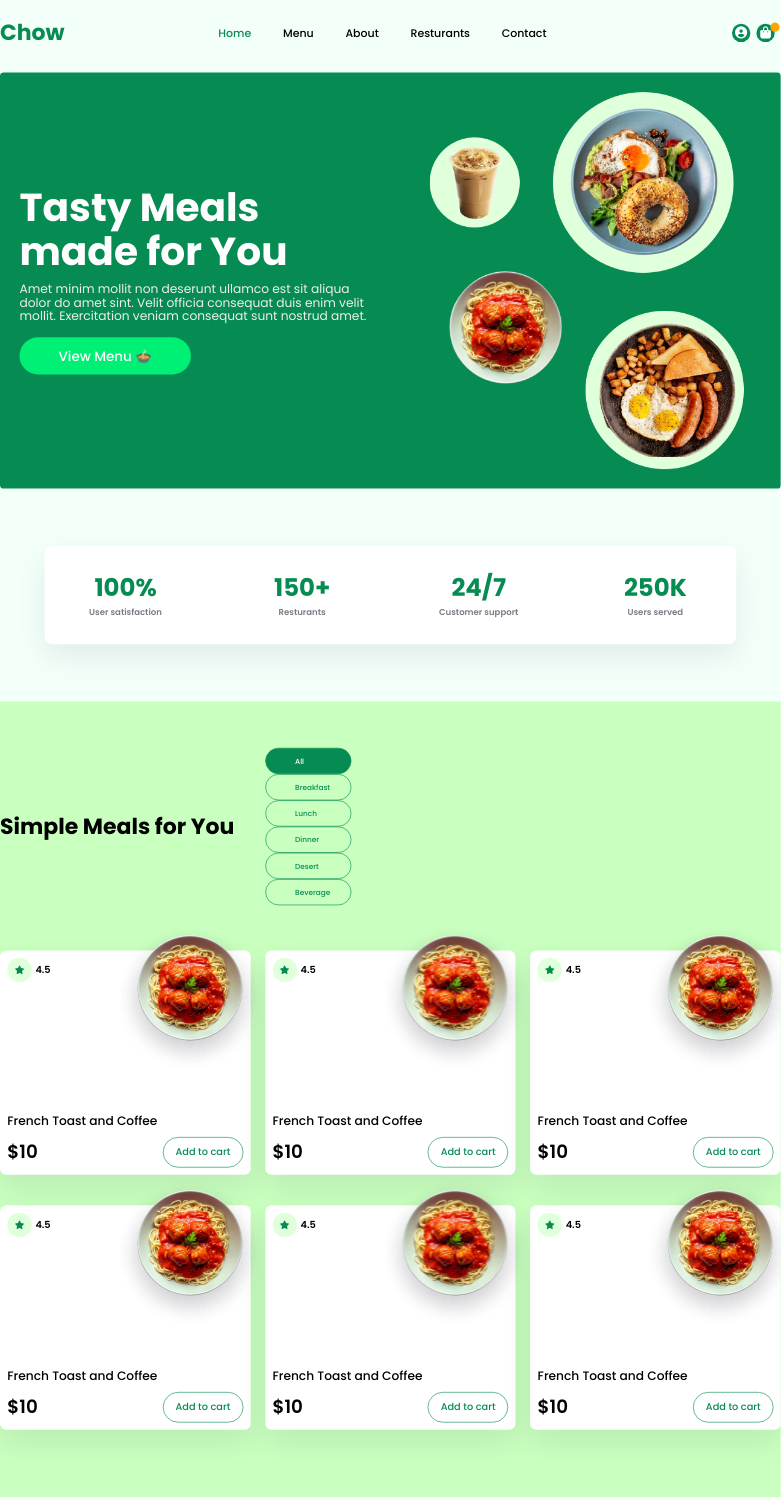
Repository: nguyennam1029/balbal
Page: index.html
An editor plug-in stored every save of this project. The page is shown before and after the next save, followed by the edit.
The browser window is 1280 px wide. The pictures show the whole page, at 61% of full size.
Some web libraries are served in a nearby version.

Above is the page before, as saved 2022-07-06 17:24:01.

### index.html
<!DOCTYPE html>
<html lang="en">
  <head>
    <meta charset="UTF-8" />
    <meta http-equiv="X-UA-Compatible" content="IE=edge" />
    <meta name="viewport" content="width=device-width, initial-scale=1.0" />
    <title>Chow</title>
    <link
      rel="stylesheet"
      href="https://cdnjs.cloudflare.com/ajax/libs/font-awesome/6.1.1/css/all.min.css"
      integrity="sha512-KfkfwYDsLkIlwQp6LFnl8zNdLGxu9YAA1QvwINks4PhcElQSvqcyVLLD9aMhXd13uQjoXtEKNosOWaZqXgel0g=="
      crossorigin="anonymous"
      referrerpolicy="no-referrer"
    />
    <link rel="stylesheet" href="css/grid.css" />
    <link rel="stylesheet" href="css/style.css" />
  </head>
  <body>
    <div class="app">
      <div class="grid wide">
        <div class="menu">
          <a href="#" class="menu-left">Chow</a>
          <ul class="menu-center">
            <li class="menu-center-item">
              <a href="#" class="menu-center--link active">Home</a>
            </li>
            <li class="menu-center-item">
              <a href="#" class="menu-center--link">Menu</a>
            </li>
            <li class="menu-center-item">
              <a href="#" class="menu-center--link">About</a>
            </li>
            <li class="menu-center-item">
              <a href="#" class="menu-center--link">Resturants</a>
            </li>
            <li class="menu-center-item">
              <a href="#" class="menu-center--link">Contact</a>
            </li>
          </ul>
          <ul class="menu-right">
            <li class="menu-right-item">
              <a href="#" class="menu-right--link">
                <i class="fa-solid fa-circle-user"></i>
              </a>
            </li>
            <li class="menu-right-item">
              <a href="#" class="menu-right--link active">
                <i class="fa-solid fa-bag-shopping"></i>
                <span class="menu-right--circle"></span>
              </a>
            </li>
          </ul>
        </div>
        <div class="banner">
          <div class="row">
            <div class="col l-6 m-12 c-12">
              <div class="banner-info">
                <h1 class="banner-title">Tasty Meals made for You</h1>
                <span class="banner-des"
                  >Amet minim mollit non deserunt ullamco est sit aliqua dolor
                  do amet sint. Velit officia consequat duis enim velit mollit.
                  Exercitation veniam consequat sunt nostrud amet.</span
                >
                <a href="#" class="banner-btn"> View Menu 🍲 </a>
              </div>
            </div>
            <div class="col l-6 m-12 c-12">
              <div class="banner-img">
                <img src="images/banner1.png" alt="" />
              </div>
            </div>
          </div>
        </div>
        <div class="statistical">
          <div class="row">
            <div class="col l-3 m-6 c-12">
              <div class="statistical-item">
                <h3 class="statistical-item--title">100%</h3>
                <span class="statistical-item--des">User satisfaction</span>
              </div>
            </div>
            <div class="col l-3 m-6 c-12">
              <div class="statistical-item">
                <h3 class="statistical-item--title">150+</h3>
                <span class="statistical-item--des">Resturants</span>
              </div>
            </div>
            <div class="col l-3 m-6 c-12">
              <div class="statistical-item">
                <h3 class="statistical-item--title">24/7</h3>
                <span class="statistical-item--des">Customer support</span>
              </div>
            </div>
            <div class="col l-3 m-6 c-12">
              <div class="statistical-item">
                <h3 class="statistical-item--title">250K</h3>
                <span class="statistical-item--des">Users served</span>
              </div>
            </div>
          </div>
        </div>
      </div>
      <div class="product">
        <div class="grid wide">
          <div class="product-top row">
            <div class="col l-4 m-12 c-12">
              <h3 class="product-heading">Simple Meals for You</h3>
            </div>
            <!-- <div class="col l-8 m-12 c-12"> -->
            <ul class="tab-list col l-8 m-12 c-12">
              <li class="tab-item active l-2 m-3 c-4">All</li>
              <li class="tab-item l-2 m-3 c-4">Breakfast</li>
              <li class="tab-item l-2 m-3 c-4">Lunch</li>
              <li class="tab-item l-2 m-3 c-4">Dinner</li>
              <li class="tab-item l-2 m-3 c-4">Desert</li>
              <li class="tab-item l-2 m-3 c-4">Beverage</li>
            </ul>
            <!-- </div> -->
          </div>
          <div class="product-list">
            <div class="row">
              <div class="col l-4 m-6 c-12">
                <div class="product-item">
                  <img
                    class="product-item--img"
                    src="images/product1.png"
                    alt=""
                  />
                  <div class="product-item--rating">
                    <i class="fa-solid fa-star"></i>
                    <span>4.5</span>
                  </div>
                  <div class="product-item--content">
                    <h4 class="product-item--name">French Toast and Coffee</h4>
                    <div class="product-item--footer">
                      <span class="product-item--price">$10</span>
                      <a href="#" class="product-item--btn">Add to cart</a>
                    </div>
                  </div>
                </div>
              </div>

              <div class="col l-4 m-6 c-12">
                <div class="product-item">
                  <img
                    class="product-item--img"
                    src="images/product1.png"
                    alt=""
                  />
                  <div class="product-item--rating">
                    <i class="fa-solid fa-star"></i>
                    <span>4.5</span>
                  </div>
                  <div class="product-item--content">
                    <h4 class="product-item--name">French Toast and Coffee</h4>
                    <div class="product-item--footer">
                      <span class="product-item--price">$10</span>
                      <a href="#" class="product-item--btn">Add to cart</a>
                    </div>
                  </div>
                </div>
              </div>

              <div class="col l-4 m-6 c-12">
                <div class="product-item">
                  <img
                    class="product-item--img"
                    src="images/product1.png"
                    alt=""
                  />
                  <div class="product-item--rating">
                    <i class="fa-solid fa-star"></i>
                    <span>4.5</span>
                  </div>
                  <div class="product-item--content">
                    <h4 class="product-item--name">French Toast and Coffee</h4>
                    <div class="product-item--footer">
                      <span class="product-item--price">$10</span>
                      <a href="#" class="product-item--btn">Add to cart</a>
                    </div>
                  </div>
                </div>
              </div>

              <div class="col l-4 m-6 c-12">
                <div class="product-item">
                  <img
                    class="product-item--img"
                    src="images/product1.png"
                    alt=""
                  />
                  <div class="product-item--rating">
                    <i class="fa-solid fa-star"></i>
                    <span>4.5</span>
                  </div>
                  <div class="product-item--content">
                    <h4 class="product-item--name">French Toast and Coffee</h4>
                    <div class="product-item--footer">
                      <span class="product-item--price">$10</span>
                      <a href="#" class="product-item--btn">Add to cart</a>
                    </div>
                  </div>
                </div>
              </div>

              <div class="col l-4 m-6 c-12">
                <div class="product-item">
                  <img
                    class="product-item--img"
                    src="images/product1.png"
                    alt=""
                  />
                  <div class="product-item--rating">
                    <i class="fa-solid fa-star"></i>
                    <span>4.5</span>
                  </div>
                  <div class="product-item--content">
                    <h4 class="product-item--name">French Toast and Coffee</h4>
                    <div class="product-item--footer">
                      <span class="product-item--price">$10</span>
                      <a href="#" class="product-item--btn">Add to cart</a>
                    </div>
                  </div>
                </div>
              </div>

              <div class="col l-4 m-6 c-12">
                <div class="product-item">
                  <img
                    class="product-item--img"
                    src="images/product1.png"
                    alt=""
                  />
                  <div class="product-item--rating">
                    <i class="fa-solid fa-star"></i>
                    <span>4.5</span>
                  </div>
                  <div class="product-item--content">
                    <h4 class="product-item--name">French Toast and Coffee</h4>
                    <div class="product-item--footer">
                      <span class="product-item--price">$10</span>
                      <a href="#" class="product-item--btn">Add to cart</a>
                    </div>
                  </div>
                </div>
              </div>
            </div>
          </div>
        </div>
      </div>
    </div>
  </body>
</html>

### css/style.css
@import url('https://fonts.googleapis.com/css2?family=Poppins:wght@400;500;600;700&display=swap');

*,
*::before,
*::after {
    box-sizing: border-box;
}

* {
    margin : 0;
    padding: 0;
}

html {
    font-family: 'Poppins',
        sans-serif;
    font-size: 62.5%;
}

html,
body {
    height: 100%;
}

body {
    line-height: 1.5;
}

img,
picture,
video,
canvas,
svg {
    display  : block;
    max-width: 100%;
}

input,
button,
textarea,
select {
    font   : inherit;
    outline: none;
}

p,
h1,
h2,
h3,
h4,
h5,
h6 {
    overflow-wrap: break-word;
}

a {
    text-decoration: none;
}

ul {
    list-style: none;
}

.app {
    background-color: #f3fff9;
    padding-top     : 34px;
    overflow-x      : hidden;
}

.menu {
    display        : flex;
    justify-content: space-between;
    align-items    : center;
    margin         : 0 0 45px;
}

.menu-left {
    font-weight: 700;
    font-size  : 3.6rem;
    line-height: 40px;

    color: #068C52;
}

.menu-center,
.menu-right {
    display        : flex;
    justify-content: center;
    align-items    : center;
}

.menu-center--link {
    margin-right: 52px;
    font-weight : 500;
    font-size   : 1.8rem;
    line-height : 27px;
    color       : #000000;
}

.menu-center--link.active {
    color: #068C52;
}

.menu-right--link {
    margin-right         : 10px;
    display              : flex;
    justify-content      : center;
    align-items          : center;
    width                : 30px;
    height               : 30px;
    border-radius        : 50%;
    -webkit-border-radius: 50%;
    -moz-border-radius   : 50%;
    -ms-border-radius    : 50%;
    -o-border-radius     : 50%;
    background-color     : #068C52;
}

.menu-right--link i {
    color    : #fff;
    font-size: 2rem;
}

.menu-right--link.active {
    position: relative;
}

.menu-right--circle {
    position             : absolute;
    top                  : -2px;
    right                : -8px;
    width                : 15px;
    height               : 15px;
    background           : #FFA500;
    border-radius        : 50%;
    -webkit-border-radius: 50%;
    -moz-border-radius   : 50%;
    -ms-border-radius    : 50%;
    -o-border-radius     : 50%;
}

.banner {
    background-color     : #068C52;
    border-radius        : 6px;
    -webkit-border-radius: 6px;
    -moz-border-radius   : 6px;
    -ms-border-radius    : 6px;
    -o-border-radius     : 6px;
    padding              : 32px;
}

.banner-info {
    display           : flex;
    justify-content   : center;
    /* align-items    : center; */
    flex-direction    : column;
    height            : 100%;
}

.banner-title {
    font-weight: 700;
    font-size  : 6.4rem;
    line-height: 72px;

    color: #FFFFFF;
}

.banner-des {
    font-weight: 400;
    font-size  : 2rem;
    line-height: 22px;
    display    : block;
    color      : #EFEFEF;
    margin     : 14px 0 24px;
}

.banner-btn {
    font-weight          : 500;
    font-size            : 2.2rem;
    line-height          : 33px;
    padding              : 14px 64px;
    /*Primary/White*/
    color                : #FFFFFF;
    background           : #00F076;
    border-radius        : 32px;
    -webkit-border-radius: 32px;
    -moz-border-radius   : 32px;
    -ms-border-radius    : 32px;
    -o-border-radius     : 32px;
    width                : fit-content;
}

.statistical {
    max-width    : 1134px;
    margin       : 94px auto;
    /* border    : 1px solid; */
    background   : #FFFFFF;
    /* Drop Shadow/High */
    padding      : 40px 0;
    box-shadow   : 0px 20px 50px rgba(18, 17, 39, 0.08);
    border-radius: 12px;
    text-align   : center;
}

.statistical-item--title {
    font-weight: 700;
    font-size  : 4rem;
    line-height: 140%;
    /* identical to box height, or 56px */

    text-align: center;

    color: #068C52;
}

.statistical-item--des {
    font-weight: 600;
    font-size  : 1.4rem;
    line-height: 180%;
    color      : rgba(18, 17, 39, 0.56);
}

.product {
    background-color: #c9ffbf;
    padding         : 76px 0 46px;
}

.product-top {
    display        : flex;
    justify-content: space-between;
    align-items    : center;
}

.product-heading {
    font-weight: 700;
    font-size  : 3.6rem;
    line-height: 40px;

    color: #000000;
}

.tab-list {
    /* display        : flex;
    justify-content: center;
    align-items    : center; */

}

.tab-item {
    padding           : 10px 48px;
    border            : 1px solid #068C52;
    border-radius     : 40px;
    display           : block;
    margin-right      : 10px;
    cursor            : pointer;
    transition        : .25s ease-in;
    -webkit-transition: .25s ease-in;
    -moz-transition   : .25s ease-in;
    -ms-transition    : .25s ease-in;
    -o-transition     : .25s ease-in;
    font-weight       : 500;
    font-size         : 1.2rem;
    line-height       : 21px;
    /* identical to box height, or 167% */


    color: #068C52;
}

.tab-item.active {
    background: #068C52;
    cursor    : default;
    color     : #fff;
}

.tab-item:hover {
    background: #068c5290;
    color     : rgb(242, 239, 239);
}

.product-list {
    margin: 24px 0 64px;
}

.product-item {
    background     : #FFFFFF;
    box-shadow     : 0px 20px 50px rgba(18, 17, 39, 0.08);
    border-radius  : 10px;
    min-height     : 368px;
    padding        : 12px;
    display        : flex;
    justify-content: space-between;

    flex-direction: column;
    position      : relative;
    margin-top    : 50px;
}

.product-item--img {
    position: absolute;
    top     : -86px;
    right   : -105px;
}

.product-item--rating {
    display           : flex;
    /* justify-content: center; */
    align-items       : center;
}

.product-item--rating i {
    width                : 40px;
    height               : 40px;
    font-size            : 1.4rem;
    border-radius        : 50%;
    color                : #068C52;
    background-color     : #E0FFDB;
    -webkit-border-radius: 50%;
    -moz-border-radius   : 50%;
    -ms-border-radius    : 50%;
    -o-border-radius     : 50%;
    display              : flex;
    justify-content      : center;
    align-items          : center;
}

.product-item--rating span {
    margin-left: 6px;
    font-weight: 600;
    font-size  : 1.6rem;
    line-height: 24px;
    /* identical to box height */


    color: #000000;
}

.product-item--name {
    font-weight: 500;
    font-size  : 2rem;
    line-height: 30px;
    /* identical to box height */

    font-feature-settings: 'liga'off;

    color        : #000000;
    margin-bottom: 12px;
}

.product-item--price {
    font-weight: 600;
    font-size  : 3rem;
    line-height: 45px;
    /* identical to box height */

    font-feature-settings: 'liga'off;

    color: #000000;
}

.product-item--footer {
    display        : flex;
    justify-content: space-between;
    align-items    : center;
    margin-bottom  : auto;
    z-index        : 3;
}

.product-item--btn {
    font-weight: 500;
    font-size  : 16px;
    line-height: 24px;
    /* identical to box height, or 150% */
    cursor     : pointer;

    color        : #068C52;
    padding      : 12px 20px;
    background   : #FFFFFF;
    border       : 1px solid #068C52;
    border-radius: 100px;
}

Loaded but not shown: css/grid.css (592 lines, source omitted)

After the next save:
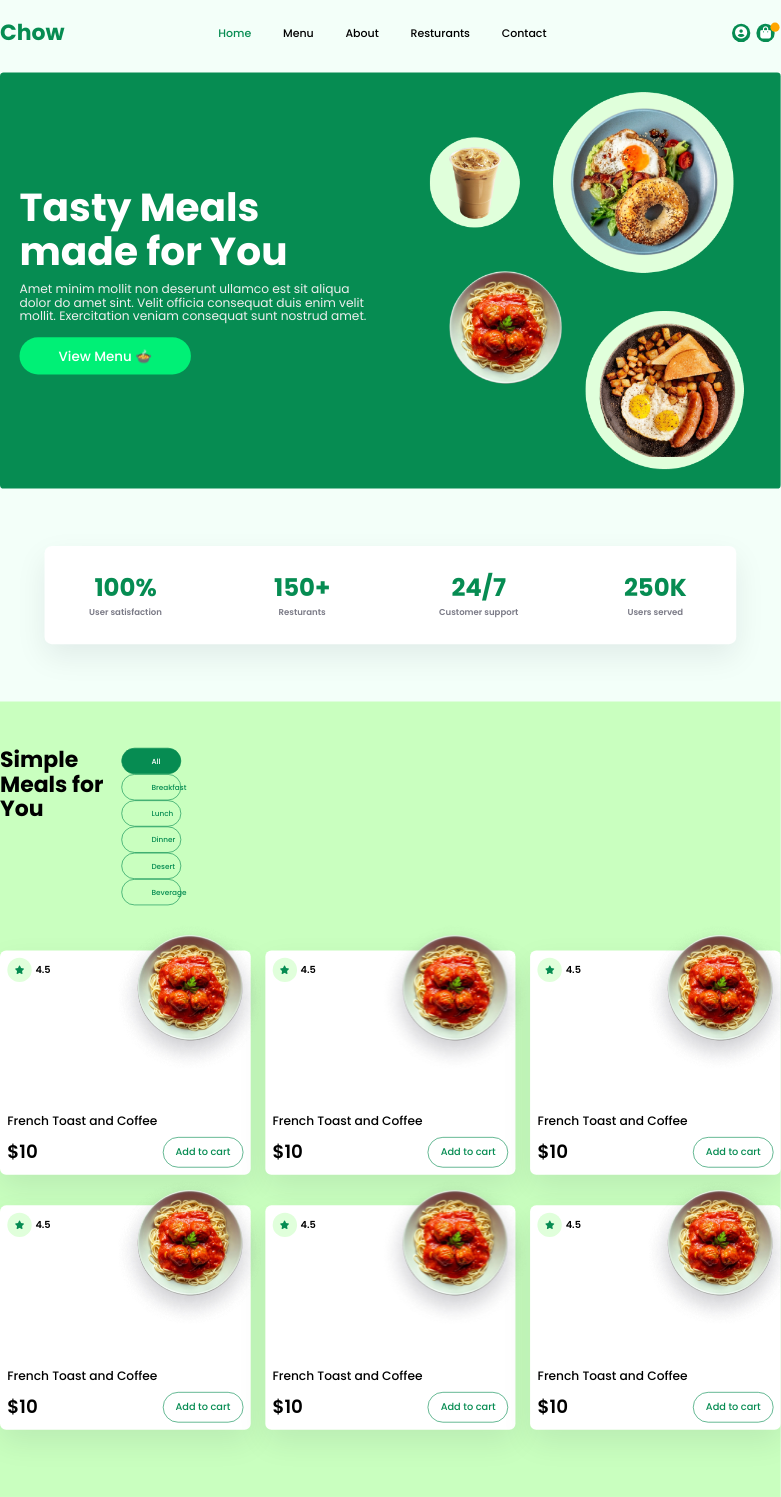
Saved 2 min 9 s later.
--- a/index.html
+++ b/index.html
@@ -102,20 +102,22 @@
       </div>
       <div class="product">
         <div class="grid wide">
-          <div class="product-top row">
-            <div class="col l-4 m-12 c-12">
-              <h3 class="product-heading">Simple Meals for You</h3>
-            </div>
-            <!-- <div class="col l-8 m-12 c-12"> -->
-            <ul class="tab-list col l-8 m-12 c-12">
-              <li class="tab-item active l-2 m-3 c-4">All</li>
-              <li class="tab-item l-2 m-3 c-4">Breakfast</li>
-              <li class="tab-item l-2 m-3 c-4">Lunch</li>
-              <li class="tab-item l-2 m-3 c-4">Dinner</li>
-              <li class="tab-item l-2 m-3 c-4">Desert</li>
-              <li class="tab-item l-2 m-3 c-4">Beverage</li>
-            </ul>
-            <!-- </div> -->
+          <div class="product-top">
+            <div class="row">
+              <div class="col l-4 m-12 c-12">
+                <h3 class="product-heading">Simple Meals for You</h3>
+              </div>
+              <!-- <div class="col l-8 m-12 c-12"> -->
+              <ul class="tab-list col l-8 m-12 c-12">
+                <li class="tab-item active l-2 m-3 c-4">All</li>
+                <li class="tab-item l-2 m-3 c-4">Breakfast</li>
+                <li class="tab-item l-2 m-3 c-4">Lunch</li>
+                <li class="tab-item l-2 m-3 c-4">Dinner</li>
+                <li class="tab-item l-2 m-3 c-4">Desert</li>
+                <li class="tab-item l-2 m-3 c-4">Beverage</li>
+              </ul>
+              <!-- </div> -->
+            </div>
           </div>
           <div class="product-list">
             <div class="row">
